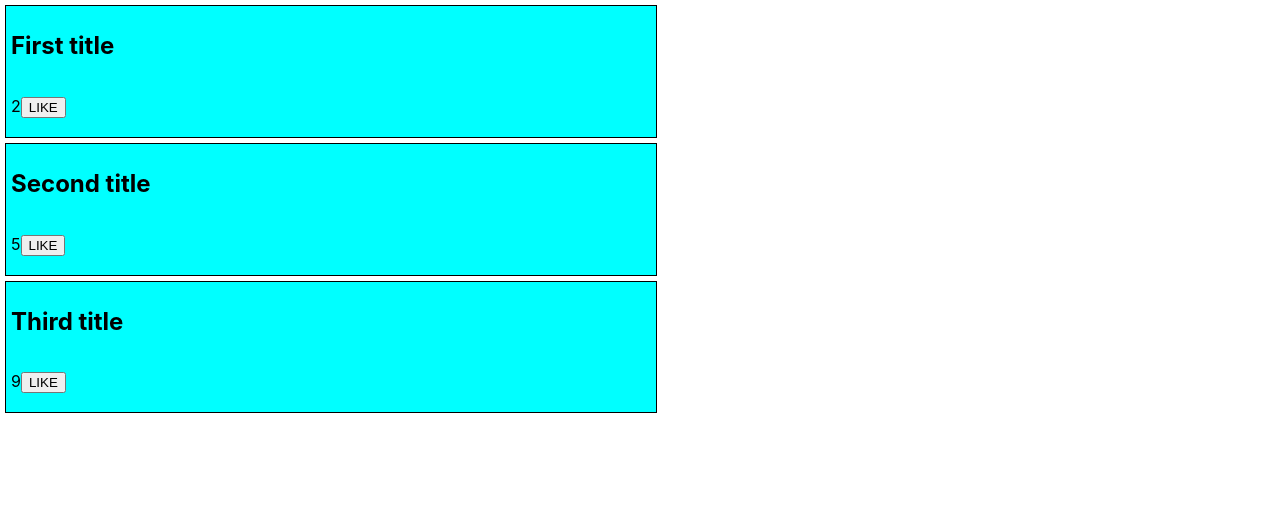
Repository: asapvtec98/egzamin
Page: /
The author's editor kept a copy of each file at every save. The page is drawn from the files as they stood at one save, then again after the next save.
The browser window is 1280 px wide. The pictures show the whole page.
The project was rebuilt for these pictures with package versions that can differ from the ones it lists, and the page was loaded fresh each time.

Above is the page before, as saved 2023-11-14 09:47:23.

### src/App.js
import React from "react";
import Komentarz from "./components/Comment";
function App() {
  const comments = [
    {
      title: "First title",
      likes: 2
    },
    {
      title: "Second title",
      likes: 5
    },
    {
      title: "Third title",
      likes: 9
    }
  ]

  const displayComments = comments.map((comment) =>
      <div className="Comment">
        <Komentarz title={comment.title} likes={comment.likes}></Komentarz>
      </div>
  )

  return (
    <div className="App">
        {displayComments}
    </div>
  )
}

export default App;

### src/components/Comment.js
import React, { useState } from "react";
import "./Comment.css";

function Komentarz(props) {
    const [likes, setLike] = useState(false);
    const [count, setCount] = useState(parseInt(props.likes));
    const [show, setShow] = useState(true);

    const handleLikes = () => {
        if(!likes) {
            setLike(true);
            setCount(count + 1);
        } else {
            setLike(false);
            setCount(count - 1);
        }


    };

    return(
        <div className="comment">
            <h2>{props.title}</h2>
            <div>
                <div className="inline">
                    <p>{count}</p>
                </div>
                <div className="inline">
                    <button type="button" onClick={() => {
                        setShow(!show)
                        handleLikes();
                    }}>{show === true ? 'LIKE' : 'DISLIKE'}</button>
                </div>
            </div>
        </div>
    )

}
export default Komentarz;

### src/components/Comment.css
.comment {
    border: 1px solid black;
    background-color:aqua;
    width: 50%;
    padding: 5px;
    margin: 5px;
}

.inline {
    display: inline-block;
}

Loaded but not shown: public/index.html (common file); src/index.js (common file); src/index.css (common file); src/reportWebVitals.js (common file)

After the next save:
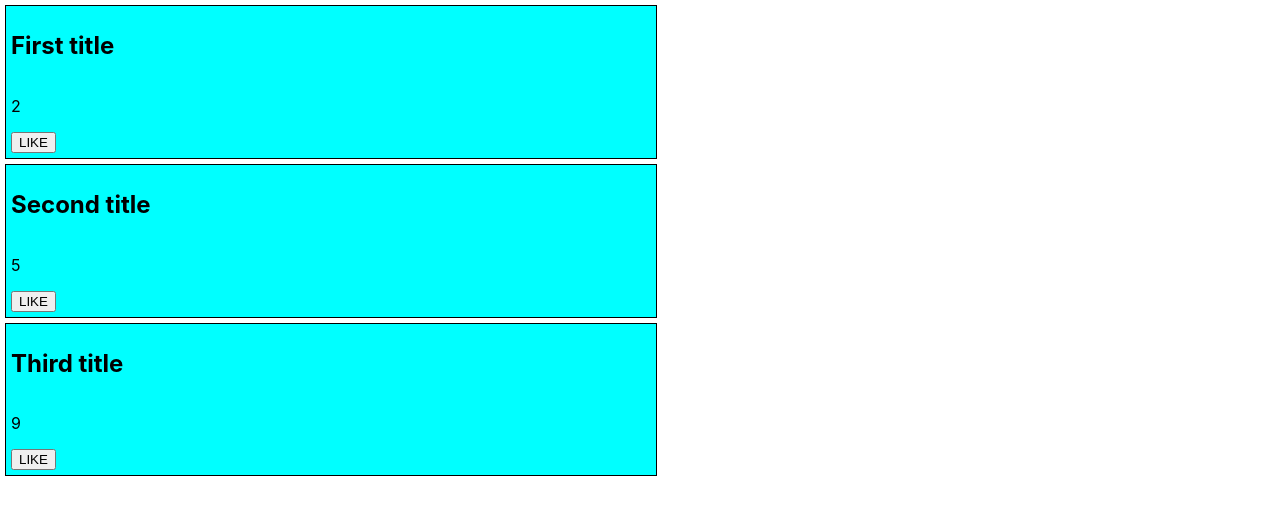
Saved 3 s later.
--- a/src/components/Comment.css
+++ b/src/components/Comment.css
@@ -7,5 +7,7 @@
 }
 
 .inline {
-    display: inline-block;
+    display: flex;
+    flex-direction: row;
+    justify-content: space-between;
 }
